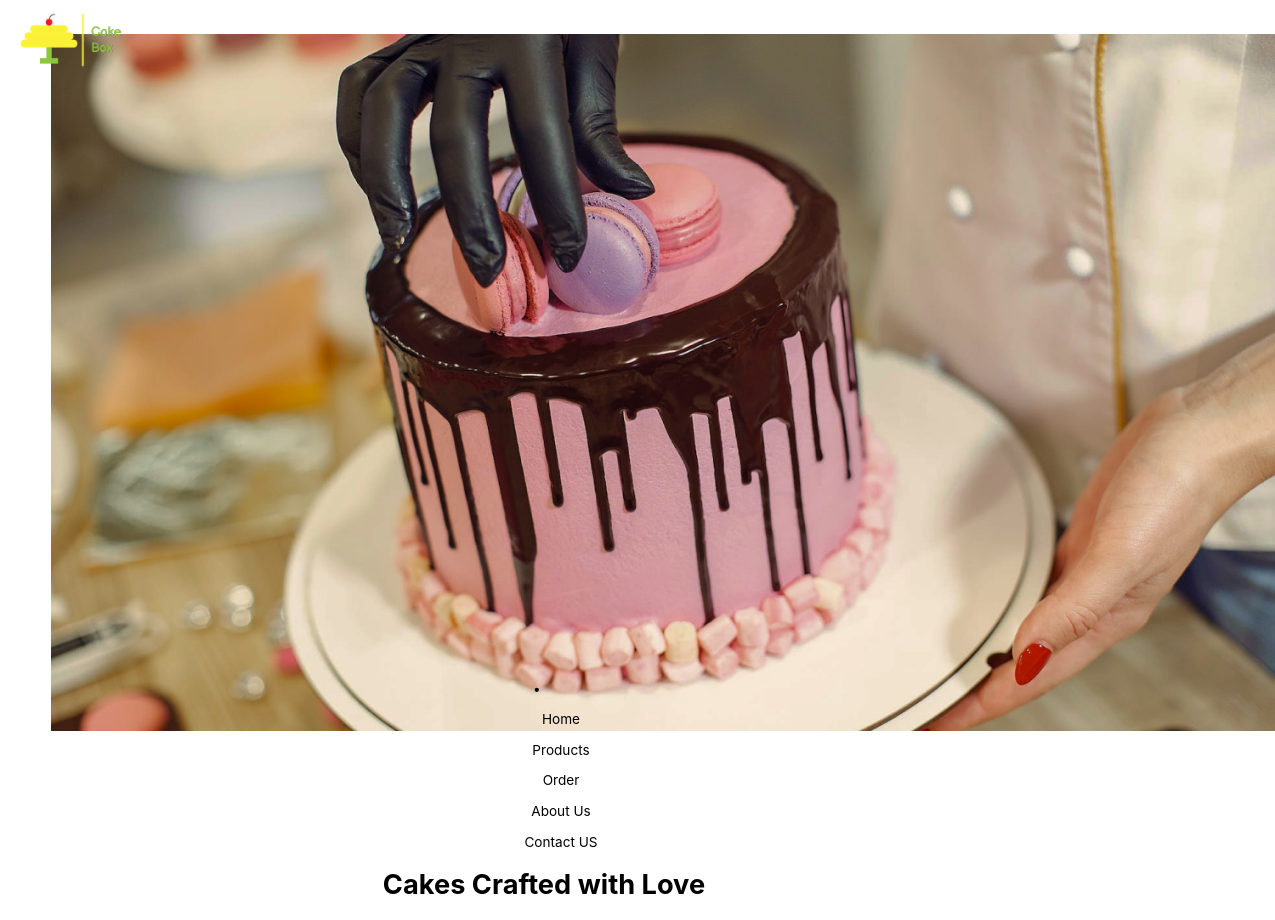
Repository: MEROO1010/cake-box
Page: /
An editor plug-in stored every save of this project. The page is shown before and after the next save, followed by the edit.
The browser window is 1280 px wide. The page is 1500 px wide, then 1440 px, so the pictures cover 1500 px, including what lies to the right of the window. The pictures show the whole page, at 85% of full size.
The project was rebuilt for these pictures with package versions that can differ from the ones it lists, and the page was loaded fresh each time.

Above is the page before, as saved 2023-10-22 12:12:59.

After the next save:
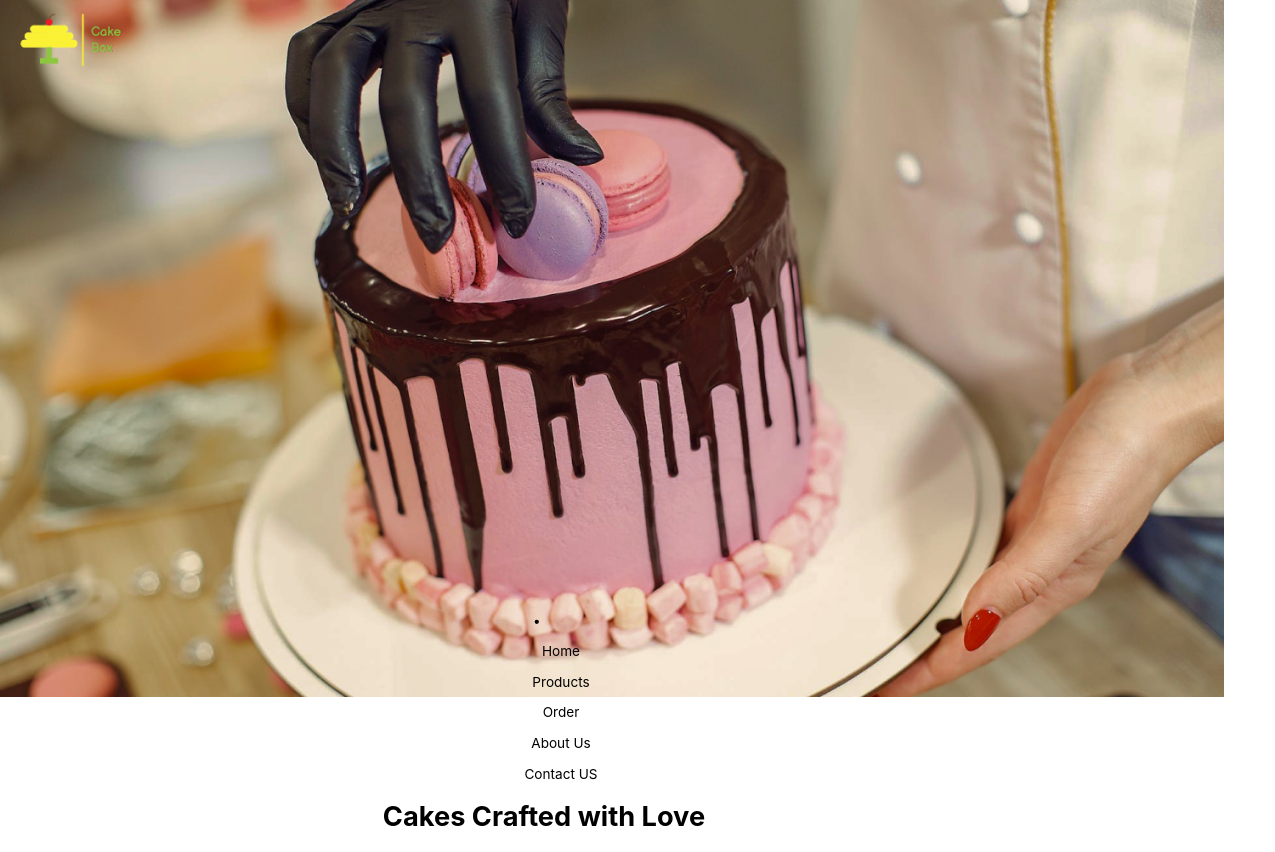
Saved 10 s later.
--- a/src/components/HomePage.jsx
+++ b/src/components/HomePage.jsx
@@ -47,7 +47,7 @@
   max-width: 100%;
   width: 100vw;
   height: 100vh;
-  padding:40px 60px;
+  padding-right:40px ;
 
 `
 
